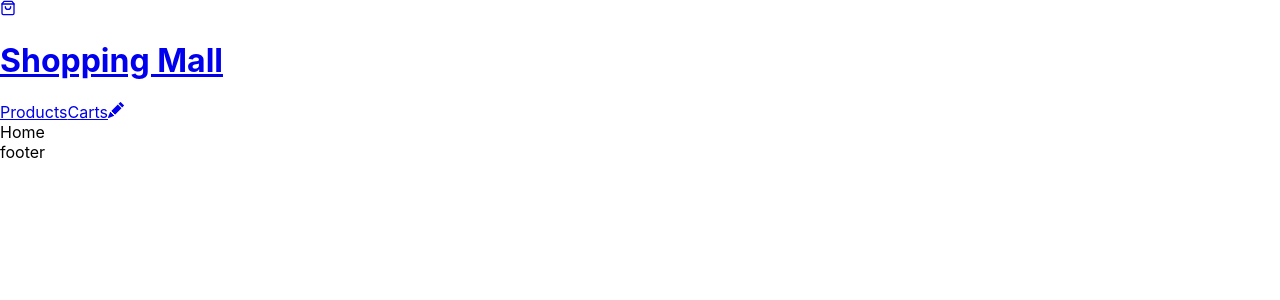
Repository: dnjfht/shopping_mall
Page: /
An editor plug-in stored every save of this project. The page is shown before and after the next save, followed by the edit.
The browser window is 1280 px wide. The pictures show the whole page.
The project was rebuilt for these pictures with package versions that can differ from the ones it lists, and the page was loaded fresh each time. Also part of the build but not shown: src/App.css, src/pages/AllProducts.jsx, src/pages/NewProduct.jsx, src/pages/ProductDetail.jsx, src/pages/NotFound.jsx, src/pages/MyCart.jsx.

Above is the page before, as saved 2023-03-05 19:48:11.

After the next save:
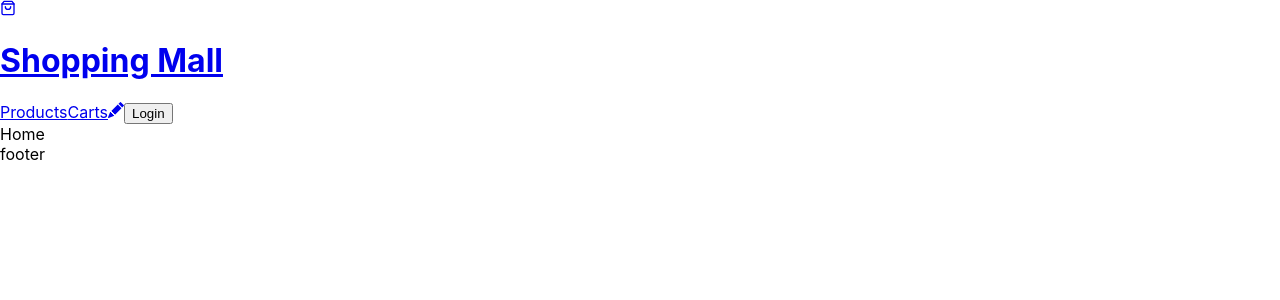
Saved 28 s later.
--- a/src/components/Header.jsx
+++ b/src/components/Header.jsx
@@ -16,6 +16,7 @@ export default function Header() {
         <Link to="/products/new">
           <BsFillPencilFill />
         </Link>
+        <button>Login</button>
       </nav>
     </header>
   );
